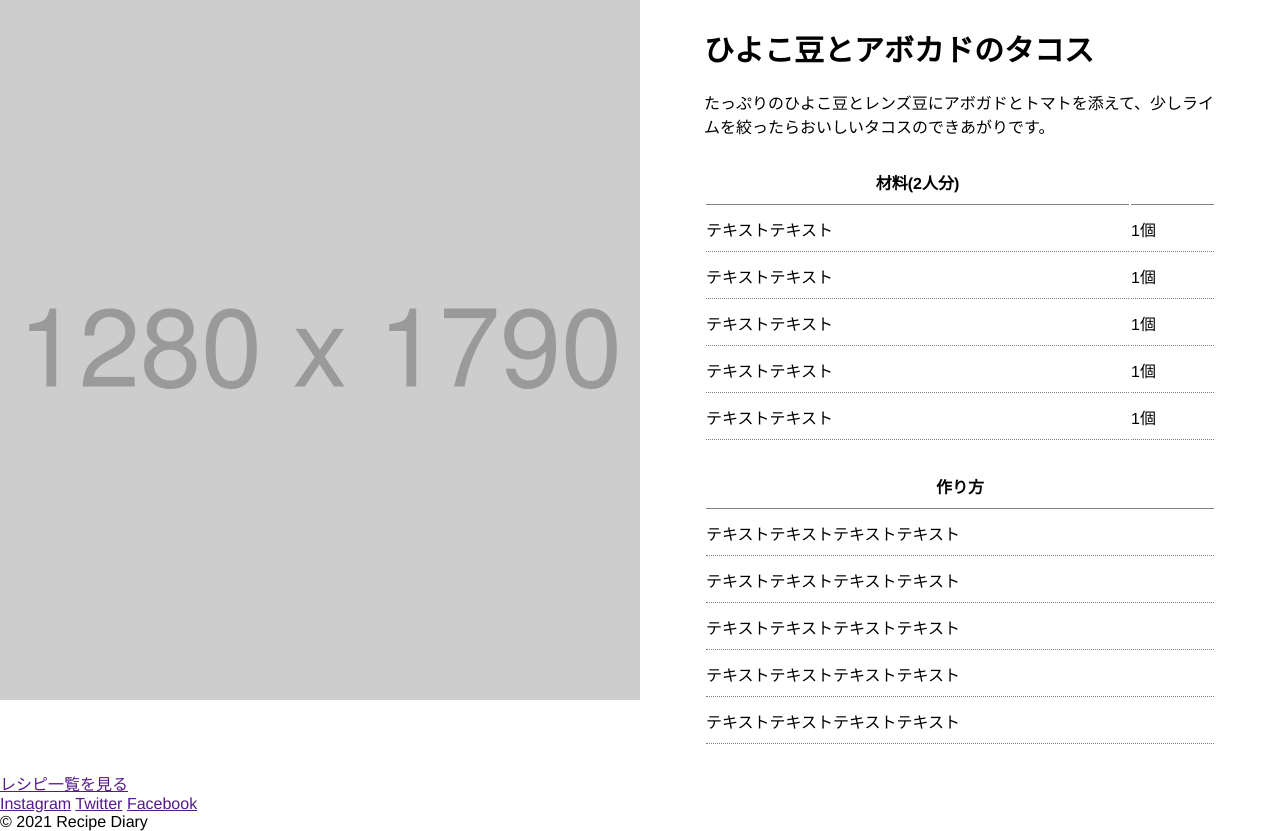
Repository: n19880405nick/challenge
Page: Codestep/Recipe Diary/recipe.html
The author's editor kept a record of every edit. The page is drawn from the files as they stood at one moment, then again after the next edit.
The browser window is 1280 px wide. The pictures show the whole page.

Above is the page before.

After the next edit:
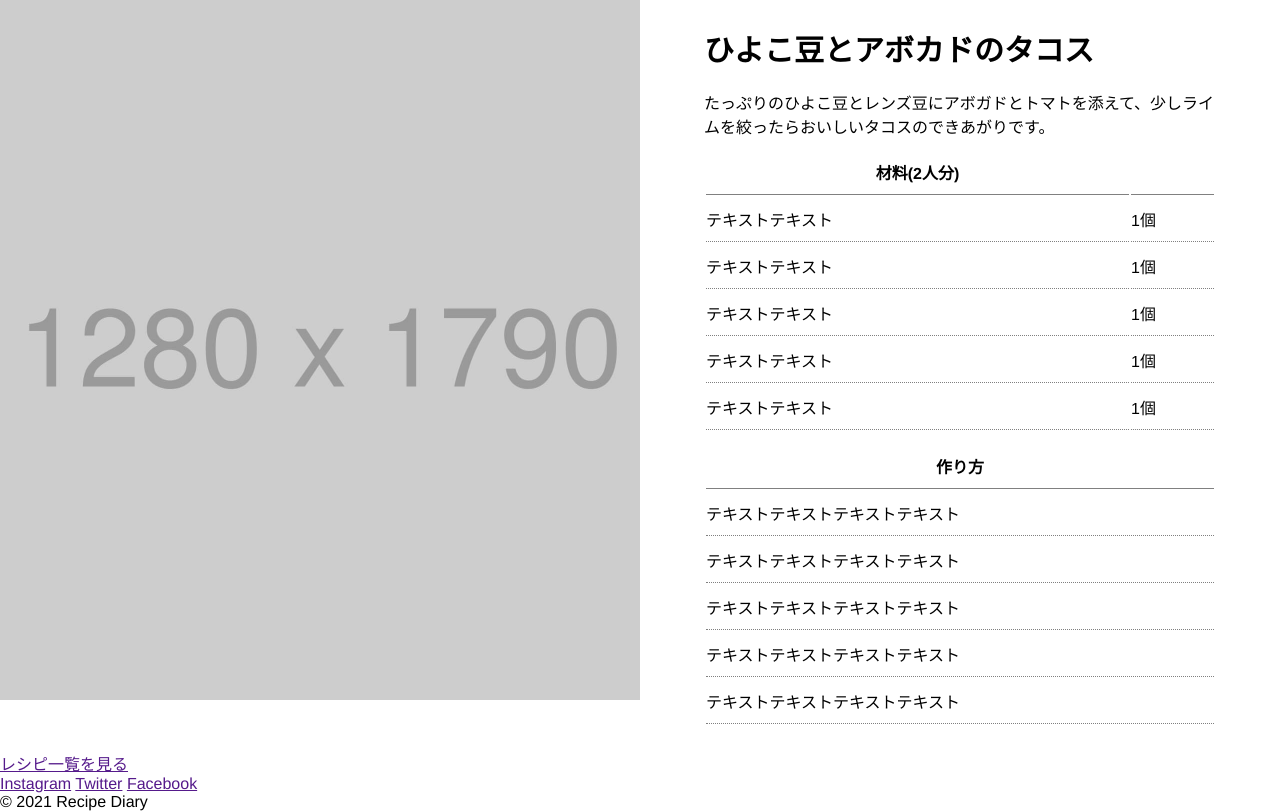
The edit:
--- a/Codestep/Recipe Diary/recipe.css
+++ b/Codestep/Recipe Diary/recipe.css
@@ -38,7 +38,7 @@
 
 .material, .howto{
   width: 100%;
-  margin-top: 30px;
+  margin-top: 20px;
 }
 
 th{
